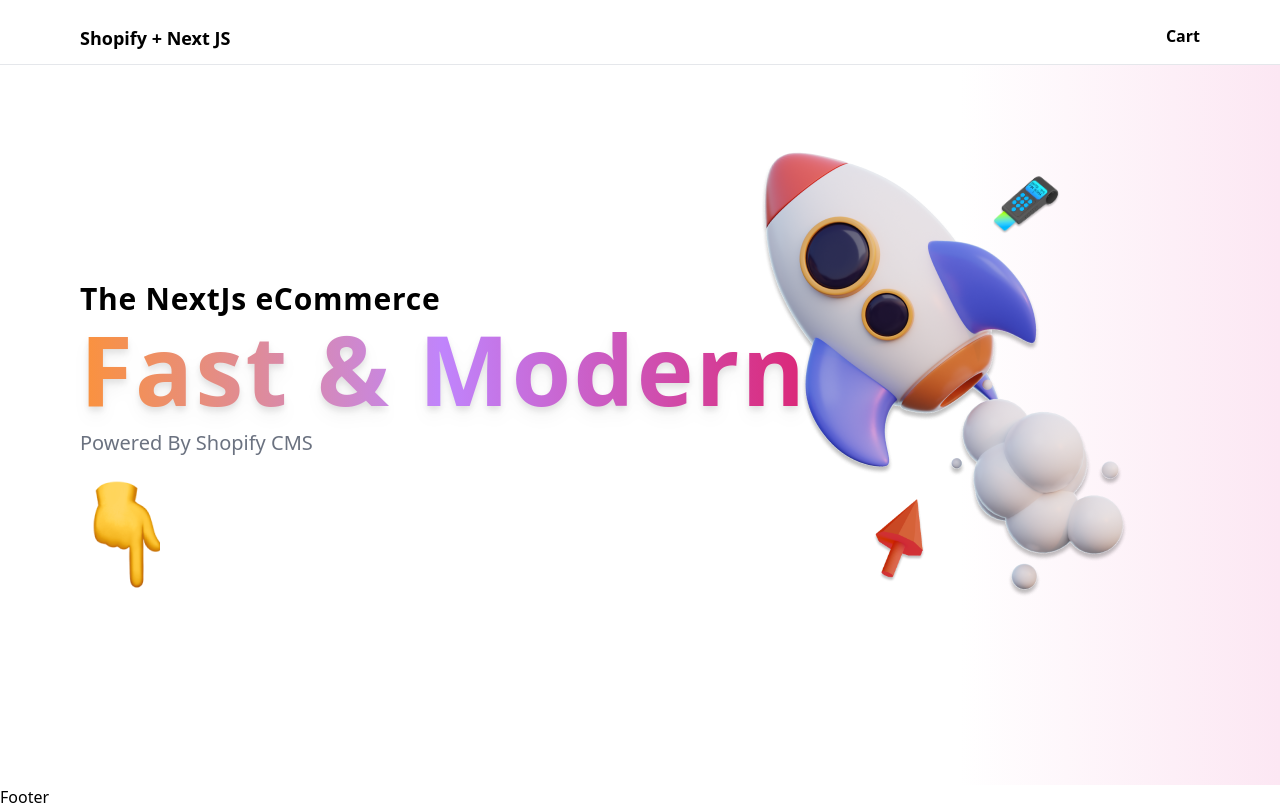
Repository: Krishna-bansall/store
Page: /
The author's editor kept a copy of each file at every save. The page is drawn from the files as they stood at one save, then again after the next save.
The browser window is 1280 px wide. The pictures show the whole page.
The project was rebuilt for these pictures with package versions that can differ from the ones it lists, and the page was loaded fresh each time. The framework's server and built-in components were replaced by stand-ins that run in the browser. Also part of the build but not shown: next.config.js, utils/helpers.js, components/ProductCard.js, components/ProductList.js.

Above is the page before, as saved 2022-04-10 18:06:59.

After the next save:
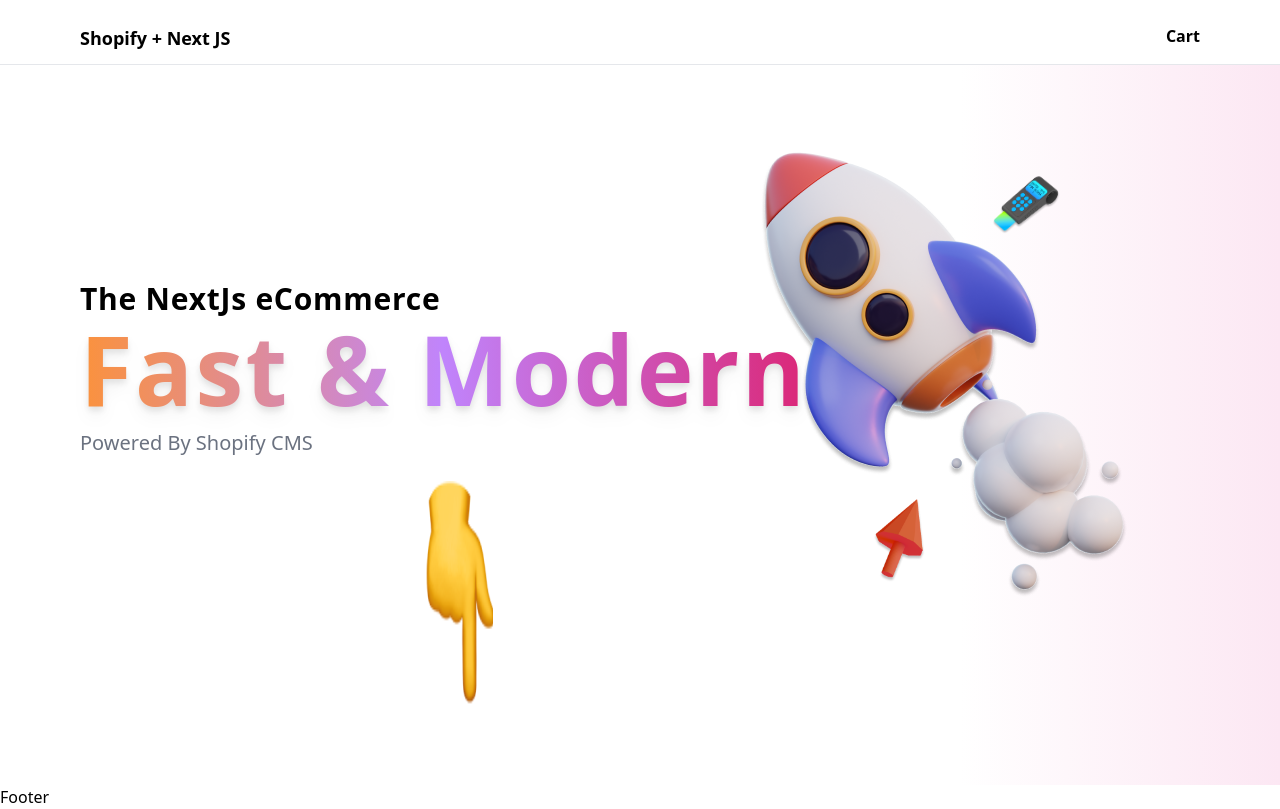
Saved 18 s later.
--- a/components/HeroSection.js
+++ b/components/HeroSection.js
@@ -56,7 +56,7 @@
             />
           </div>
         </div>
-        <div className="col-start-2 row-start-3 md:col-start-1">
+        <div className="col-start-2 row-start-3 flex justify-center md:col-start-1">
           <Image src={down} alt="down" />
         </div>
       </div>
